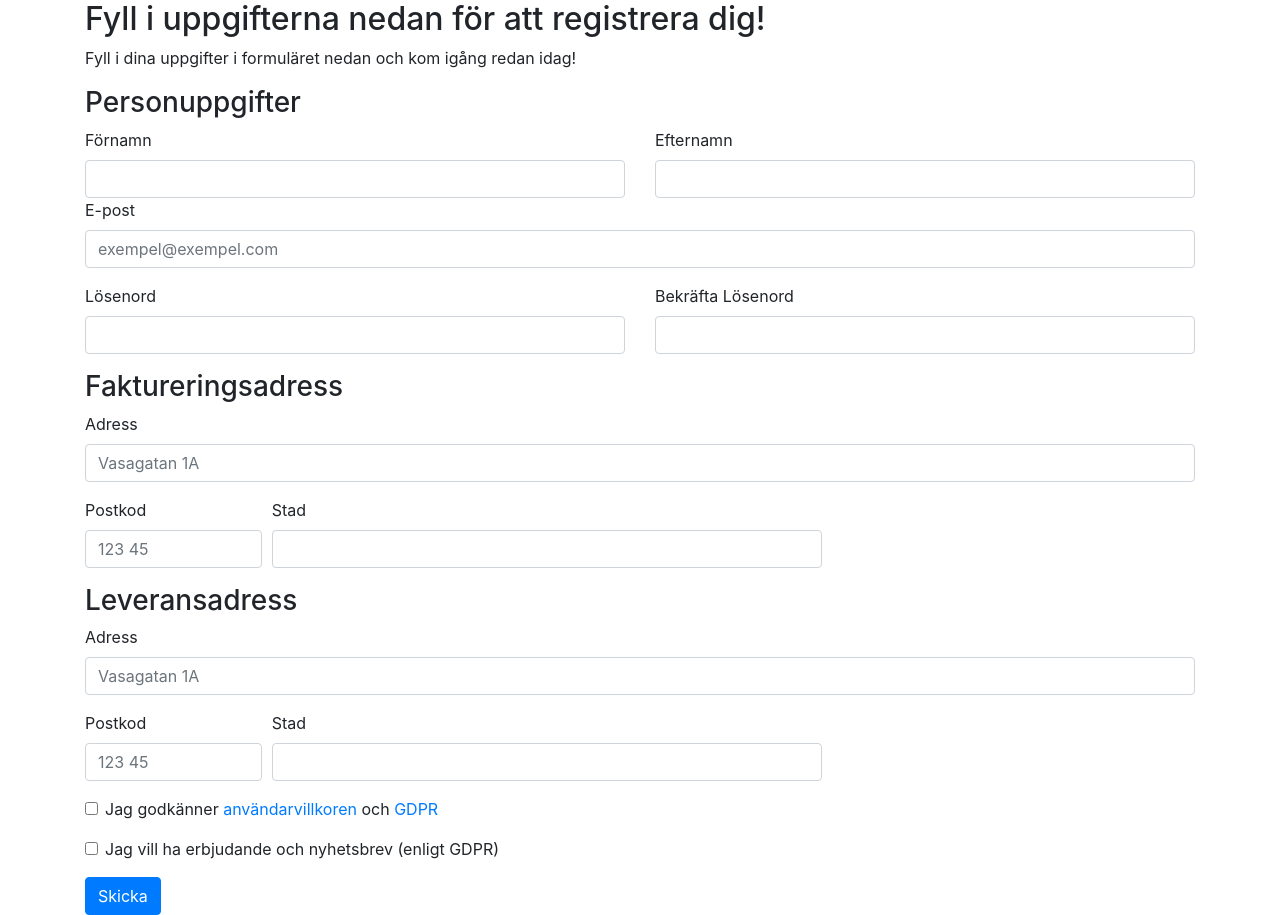
Repository: skepp4rn/Liamsuppgift3
Page: index.html
An editor plug-in stored every save of this project. The page is shown before and after the next save, followed by the edit.
The browser window is 1280 px wide. The pictures show the whole page.
Some web libraries are served in a nearby version.

Above is the page before, as saved 2020-12-06 12:59:38.
Not found: css/style.min.css

After the next save:
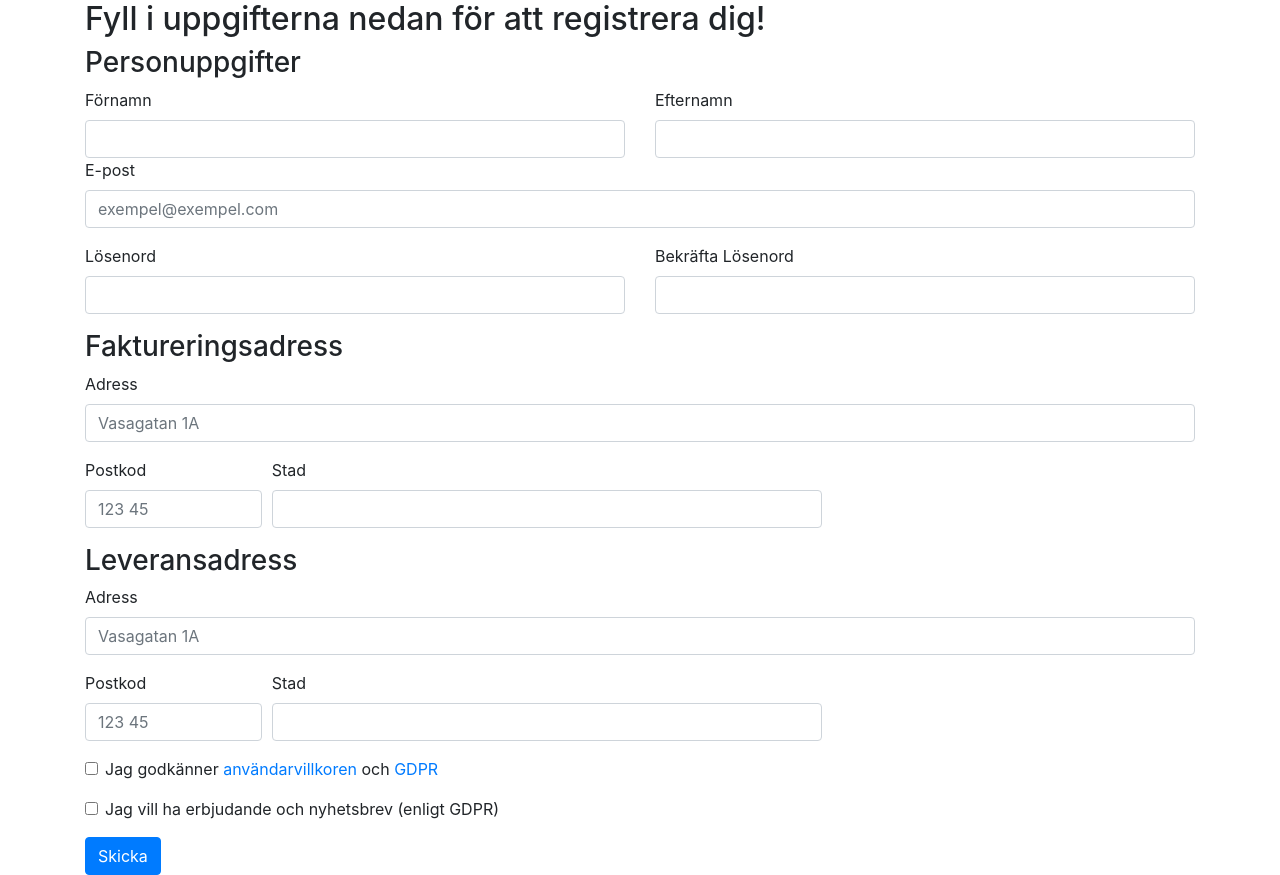
Saved 25 s later.
--- a/index.html
+++ b/index.html
@@ -8,14 +8,13 @@
     <link rel="stylesheet" href="https://cdn.jsdelivr.net/npm/bootstrap@4.5.3/dist/css/bootstrap.min.css" integrity="sha384-TX8t27EcRE3e/ihU7zmQxVncDAy5uIKz4rEkgIXeMed4M0jlfIDPvg6uqKI2xXr2" crossorigin="anonymous">
     <link rel="stylesheet" href="css/style.min.css">
 
-    <title>Registrera dig</title>
+    <title>Registreringsfromulär</title>
 </head>
 <body>
     <section class="container">
         <div class="centrerade">
             <div class="welcome">
                 <h2>Fyll i uppgifterna nedan för att registrera dig!</h2>
-                <p>Fyll i dina uppgifter i formuläret nedan och kom igång redan idag!</p>
             </div>
         </div>
     </section>
